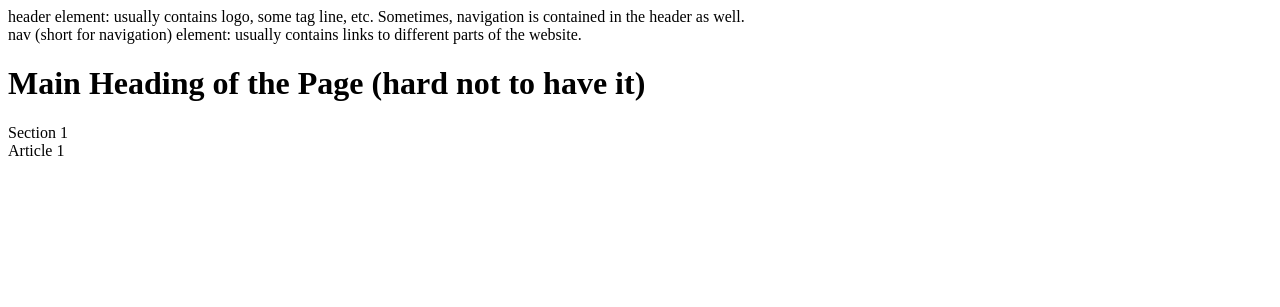
Repository: Koniya/my-coding-practices
Page: semantic-tag.html
An editor plug-in stored every save of this project. The page is shown before and after the next save, followed by the edit.
The browser window is 1280 px wide. The pictures show the whole page.

Above is the page before, as saved 2024-01-24 19:41:45.

After the next save:
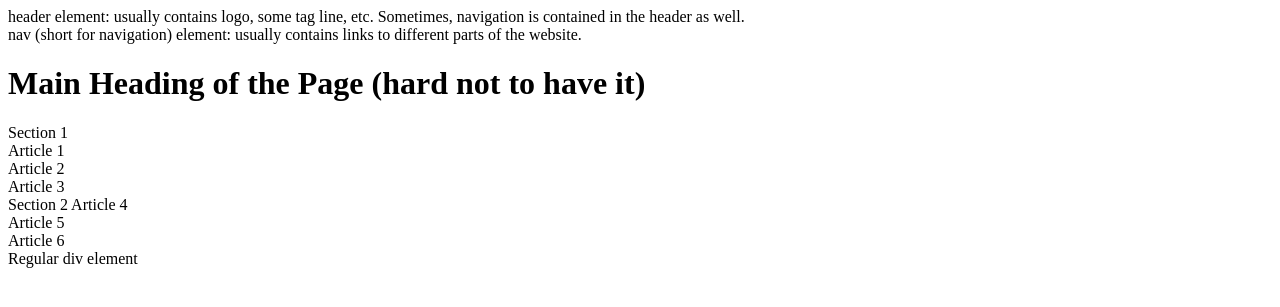
Saved 2 min 6 s later.
--- a/semantic-tag.html
+++ b/semantic-tag.html
@@ -8,12 +8,20 @@
     <header>
         header element: usually contains logo, some tag line, etc. Sometimes, navigation is contained in the header as well.
         <nav>nav (short for navigation) element: usually contains links to different parts of the website.</nav>
-
     </header>
     <h1>Main Heading of the Page (hard not to have it)</h1>
     <section>
         Section 1
         <article>Article 1</article>
+        <artcile>Article 2</artcile>
+        <article>Article 3</article>
+    </section>
+    <section>
+        Section 2
+        <artcile>Article 4</artcile>
+        <article>Article 5</article>
+        <article>Article 6</article>
+        <div>Regular div element</div>
     </section>
 </body>
 
